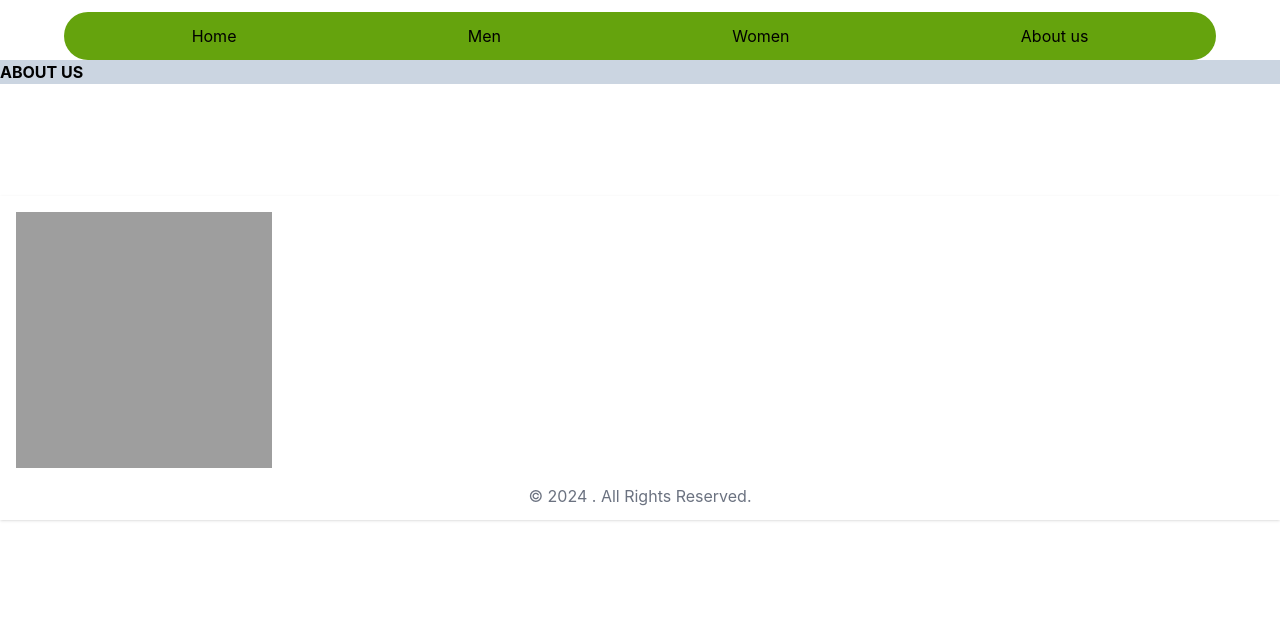
Repository: Mohankkanth/StyleIn_ShoppingSite
Page: /AboutUs
These files come from the project's save history. The page is drawn as it stood at one moment and after the next save; the edit follows.
The browser window is 1280 px wide. The pictures show the whole page.
Pictures or frames that could not be fetched are drawn as grey boxes. The project was rebuilt for these pictures with package versions that can differ from the ones it lists, and the page was loaded fresh each time. Also part of the build but not shown: vite.config.js, src/component/Home/Home.jsx, src/component/api/MenProducts.jsx, src/component/Men/Men.jsx, src/component/Women/Women.jsx, src/component/api/KidsProducts.jsx, src/component/Kids/Kids.jsx, src/component/Errorpage/Errorpage.jsx and 18 more.

Above is the page before, as saved 2024-11-23 13:55:51.

### index.html
<!doctype html>
<html lang="en">

<head>
  <meta charset="UTF-8" />
  <meta name="viewport" content="width=device-width, initial-scale=1.0" />


  <link href="https://fonts.googleapis.com/css2?family=Montserrat:wght@400;700&display=swap" rel="stylesheet" />

  <title>Vite + React</title>



</head>

<body>
  <div id="root"></div>
  <script type="module" src="/src/index.jsx"></script>
</body>

</html>

### src/index.jsx
import ReactDOM from "react-dom";
import { createBrowserRouter, RouterProvider, Outlet } from "react-router-dom";
import Home from "./component/Home/Home";
import Men from "./component/Men/Men";
// import MenProducts from "./component/api/MenProducts";
import Women from "./component/Women/Women";
import Kids from "./component/Kids/Kids";
import Header from "./component/Header/Header";
import Footer from "./component/Footer/Footer";
import "./style.css";
import Errorpage from "./component/ErrorPage/Errorpage";
import Shirt from "./component/Men/Shirt";
import T_Shirt from "./component/Men/T_Shirt";
import Pant from "./component/Men/pant";
import Shorts from "./component/Men/Shorts";
import Boys from "./component/Kids/Boys/Boys";
import Girls from "./component/Kids/Girls/Girls";
import Kurtas from "./component/Women/kurtas";
import Sarees from "./component/Women/Saree";
import Leggin from "./component/Women/Leggin";
import Dupattas from "./component/Women/Dupattas";
import AboutUs from "./component/AboutUs/Aboutus";

const AppLayout = () => {
  return (
    <>
      <Header />
      <Outlet />
      <Footer />
    </>
  );
};

// Router Configuration
const Router = createBrowserRouter([
  {
    path: "/",
    element: <AppLayout />,
    children: [
      {
        path: "/",
        element: <Home />,
      },
      {
        path: "/Home",
        element: <Home />,
      },

      {
        path: "/Men",
        element: <Men />,
      },
      {
        path: "/Women",
        element: <Women/>,
      },
      {
        path: "/Kids",
        element: <Kids />,
      },
      {
        path:"/Shirt",
        element:<Shirt/>,
      },
      {
        path:"/T-Shirt",
        element:<T_Shirt/>,
      },
      {
        path:"/Pant",
        element:<Pant/>,
      },
      {
        path:"/Shorts",
        element:<Shorts/>,
      },
      {
        path:"/KidsBoys",
        element:<Boys/>,
      },
      {
        path:"/KidsGirls",
        element:<Girls/>,
      },

      {
        path:"/Kurtas",
        element:<Kurtas/>,
      },
      {
        path:"/Sarees",
        element:<Sarees/>,
      },
      {
        path:"/Leggins",
        element:<Leggin/>
      },
      {
        path:"/Dupattas",
        element:<Dupattas/>
      },
      {
        path:"/AboutUs",
        element:<AboutUs/>
      }
    ],
    errorElement:<Errorpage/>
  },
]);

// Render the Router
const root = ReactDOM.createRoot(document.getElementById("root"));
root.render(<RouterProvider router={Router} />);

### src/component/Header/Header.jsx
import { Link } from "react-router-dom"

const Header = () => {
  return (
    <>

      <div className="2xl:container mx-auto">
        <div className="w-[90%] mx-auto grid-cols-1">
          <div>
            <ul className="flex justify-around p-3 rounded-3xl bg-lime-600 font-mono mt-3">
              <Link to="/Home">
                <li className="hover:cursor-pointer  hover:text-white">Home</li>
              </Link>
              <Link to="/Men">
                <li className="hover:cursor-pointer  hover:text-white">Men
                </li>

              </Link>
              <Link to="/Women">
                <li className="hover:cursor-pointer  hover:text-white">Women</li>
              </Link>
              {/* <Link to="/Kids">
                <li className="hover:cursor-pointer  hover:text-white">Kids</li>
              </Link> */}
              <Link to="/Aboutus">
              <li className="hover:cursor-pointer  hover:text-white">About us</li>
              </Link>
            </ul>
          </div>
        </div>
      </div>
    </>
  )
}


export default Header

### src/component/Footer/Footer.jsx
import { Link } from "react-router-dom"

const Footer = () => {
  return (
    <>
      <footer className="bg-white  shadow  dark:bg-[#333333] mt-28">
        <div className="w-full mx-auto max-w-screen-xl p-4 md:flex md:items-center md:justify-between">
          <div>
          <img src="https://ik.imagekit.io/Sample/E-Commerce/Logo/StyleIn_Logo-removebg-preview.png?updatedAt=1732345349547" alt="" className="h-64 w-64" />

          </div>

          <div className="text-white">
            <p className="font-bold font-[Raleway]">Address</p>
            <p>
              <p className="font-[Raleway]">Stylein Fashion Store </p>
              123 Fashion Street,<br />
              T. Nagar, Chennai,<br /> Tamil Nadu 600017,
              India</p>
          </div>
          <div className="text-white">
            <p className="font-bold font-[Raleway]">Contact</p>
            <p></p>
            <p className="hover:cursor-pointer">Mobile:&nbsp;9523148795</p>
            <p className="hover:cursor-pointer">Email:&nbsp;support@stylein.com</p>
          </div>

          <div className="text-white">
            <p className="font-bold font-[Raleway]">Customer Service Hours</p>
            <p>
              Monday to Friday: 9:00 AM - 6:00 PM <br />
              Saturday: 10:00 AM - 4:00 PM <br />
              Sunday: Closed</p>
          </div>



        </div>
        <div className="flex justify-center pb-3">
        <span className="text-base  text-gray-500 sm:text-center dark:text-gray-400">
            © 2024{" "}
            {/* <a href="https://flowbite.com/" className="hover:underline">
              Flowbite™ </a> */}
            . All Rights Reserved.
          </span>
          </div>
      </footer>

    </>
  )
}


export default Footer

### src/style.css
@tailwind base;
@tailwind components;
@tailwind utilities;



/*Hero section image starting */

.flip-in-hor-bottom {
	-webkit-animation: flip-in-hor-bottom 0.5s cubic-bezier(0.250, 0.460, 0.450, 0.940) both;
	        animation: flip-in-hor-bottom 2s cubic-bezier(0.250, 0.460, 0.450, 0.940) both;
}


/* ----------------------------------------------
 * Generated by Animista on 2024-11-2 22:17:44
 * Licensed under FreeBSD License.
 * See http://animista.net/license for more info.
 * w: http://animista.net, t: @cssanimista
 * ---------------------------------------------- */

/**
 * ----------------------------------------
 * animation flip-in-hor-bottom
 * ----------------------------------------
 */
 @-webkit-keyframes flip-in-hor-bottom {
    0% {
      -webkit-transform: rotateX(80deg);
              transform: rotateX(80deg);
      opacity: 0;
    }
    100% {
      -webkit-transform: rotateX(0);
              transform: rotateX(0);
      opacity: 1;
    }
  }
  @keyframes flip-in-hor-bottom {
    0% {
      -webkit-transform: rotateX(80deg);
              transform: rotateX(80deg);
      opacity: 0;
    }
    100% {
      -webkit-transform: rotateX(0);
              transform: rotateX(0);
      opacity: 1;
    }
  }

  /*Hero section image ending */




  .shake-horizontal {
	-webkit-animation: shake-horizontal 0.5s cubic-bezier(0.455, 0.030, 0.515, 0.955) both;
	        animation: shake-horizontal 30s cubic-bezier(0.455, 0.030, 0.515, 0.955) both;
}


/* ----------------------------------------------
 * Generated by Animista on 2024-11-2 22:48:21
 * Licensed under FreeBSD License.
 * See http://animista.net/license for more info.
 * w: http://animista.net, t: @cssanimista
 * ---------------------------------------------- */

/**
 * ----------------------------------------
 * animation shake-horizontal
 * ----------------------------------------
 */
 @-webkit-keyframes shake-horizontal {
    0%,
    100% {
      -webkit-transform: translateX(0);
              transform: translateX(0);
    }
    10%,
    30%,
    50%,
    70% {
      -webkit-transform: translateX(-10px);
              transform: translateX(-10px);
    }
    20%,
    40%,
    60% {
      -webkit-transform: translateX(10px);
              transform: translateX(10px);
    }
    80% {
      -webkit-transform: translateX(8px);
              transform: translateX(8px);
    }
    90% {
      -webkit-transform: translateX(-8px);
              transform: translateX(-8px);
    }
  }
  @keyframes shake-horizontal {
    0%,
    100% {
      -webkit-transform: translateX(0);
              transform: translateX(0);
    }
    10%,
    30%,
    50%,
    70% {
      -webkit-transform: translateX(-10px);
              transform: translateX(-10px);
    }
    20%,
    40%,
    60% {
      -webkit-transform: translateX(10px);
              transform: translateX(10px);
    }
    80% {
      -webkit-transform: translateX(8px);
              transform: translateX(8px);
    }
    90% {
      -webkit-transform: translateX(-8px);
              transform: translateX(-8px);
    }
  }

### src/component/AboutUs/Aboutus.jsx

import React from 'react';

const AboutUs = () => {
    return (
        <>
            <div className='2xl:container mx-auto'>
                <p className="font-bold bg-slate-300 text">ABOUT US</p>

                <div className=" w-[90%]  mx-auto grid grid-cols-2 md:grid-cols-3 gap-4 ">
                    <div>
                        {/* <ul className='font-semibold md:bg-teal-500 md:flex justify-around  mt-4 mb-4 text-center  '>
                            <Link to="/Shirt">  <li className='bg-teal-500 mb-1'>Shirt</li> </Link>
                            <Link to="/Pant"><li className='bg-teal-500 mb-1' >Pant</li> </Link>
                            <Link to="/T-Shirt"><li className='bg-teal-500 mb-1'>T-Shirt</li></Link>
                            <Link to="/Shorts"> <li className='bg-teal-500 mb-1'>shorts</li></Link>
                        </ul> */}
                    </div>
                </div>
            </div>

            </>
            )
}
export default AboutUs

### tailwind.config.js
/** @type {import('tailwindcss').Config} */
export default {
  content: [
    "./index.html",
    "./src/**/*.{js,ts,jsx,tsx}",
  ],
  theme: {
    extend: {
      colors: {
        primary: {"50":"#eff6ff","100":"#dbeafe","200":"#bfdbfe","300":"#93c5fd","400":"#60a5fa","500":"#3b82f6","600":"#2563eb","700":"#1d4ed8","800":"#1e40af","900":"#1e3a8a","950":"#172554"}
      }
    },
    fontFamily: {
      'body': [
    'Inter',
    'ui-sans-serif',
    'system-ui',
    '-apple-system',
    'system-ui',
    'Segoe UI',
    'Roboto',
    'Helvetica Neue',
    'Arial',
    'Noto Sans',
    'sans-serif',
    'Apple Color Emoji',
    'Segoe UI Emoji',
    'Segoe UI Symbol',
    'Noto Color Emoji'
  ],
      'sans': [
    'Inter',
    'ui-sans-serif',
    'system-ui',
    '-apple-system',
    'system-ui',
    'Segoe UI',
    'Roboto',
    'Helvetica Neue',
    'Arial',
    'Noto Sans',
    'sans-serif',
    'Apple Color Emoji',
    'Segoe UI Emoji',
    'Segoe UI Symbol',
    'Noto Color Emoji'
  ]
    }
  },
  plugins: [],
}

After the next save:
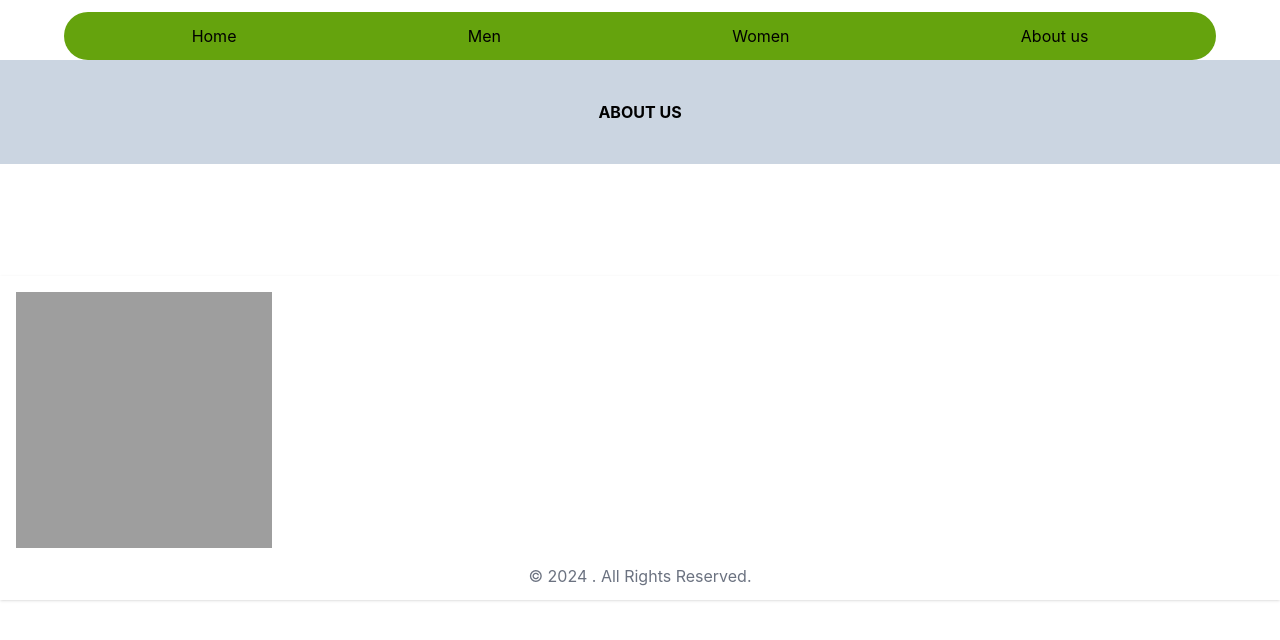
Saved 5 s later.
--- a/src/component/AboutUs/Aboutus.jsx
+++ b/src/component/AboutUs/Aboutus.jsx
@@ -5,7 +5,7 @@
     return (
         <>
             <div className='2xl:container mx-auto'>
-                <p className="font-bold bg-slate-300 text">ABOUT US</p>
+                <p className="font-bold bg-slate-300 text-center p-10">ABOUT US</p>
 
                 <div className=" w-[90%]  mx-auto grid grid-cols-2 md:grid-cols-3 gap-4 ">
                     <div>
